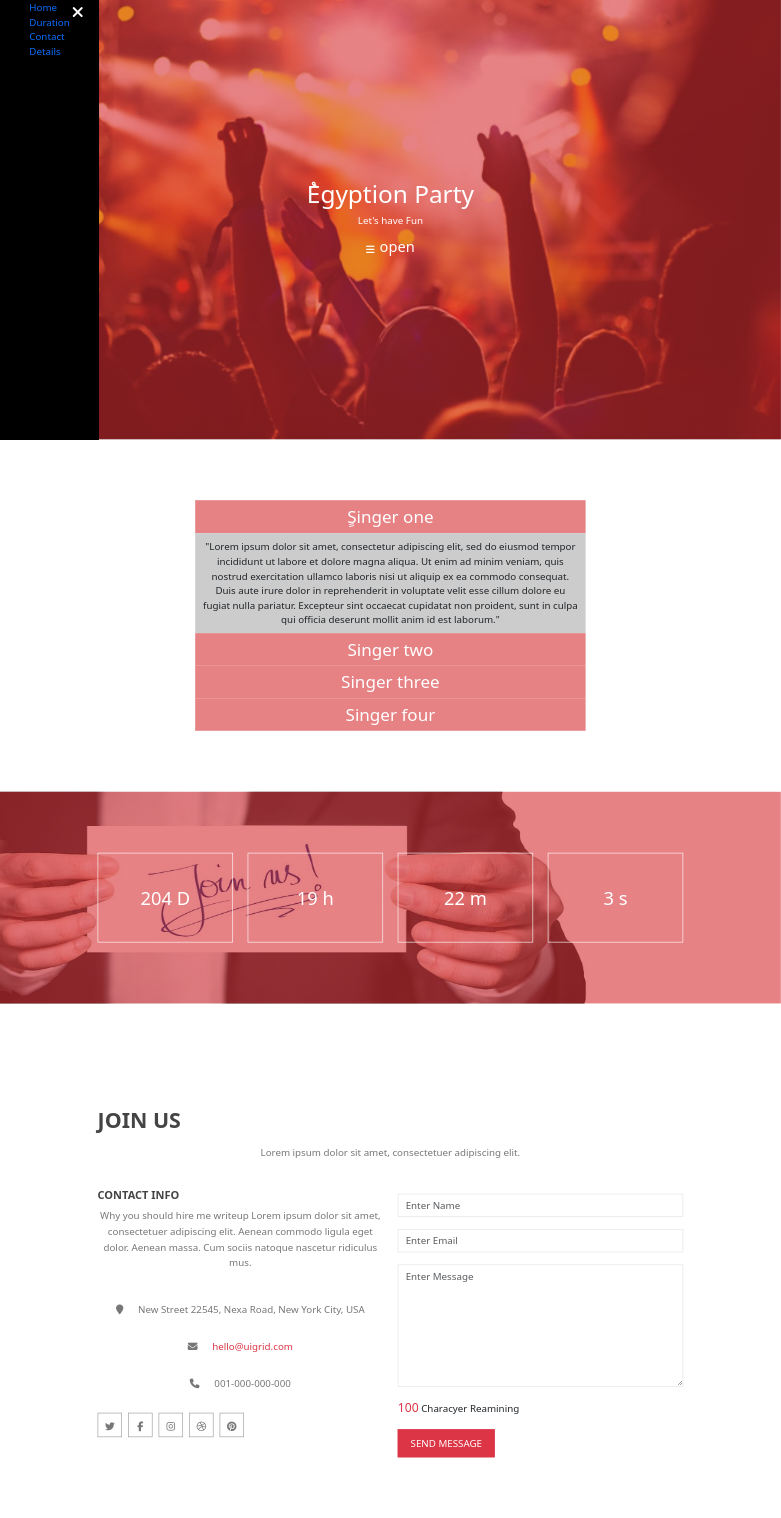
Repository: HagarYousry/jQuery
Page: index.html
An editor plug-in stored every save of this project. The page is shown before and after the next save, followed by the edit.
The browser window is 1280 px wide. The pictures show the whole page, at 61% of full size.

Above is the page before, as saved 2024-07-25 18:22:45.

### index.html
<!DOCTYPE html>
<html lang="en">

<head>
    <meta charset="UTF-8">
    <meta name="viewport" content="width=device-width, initial-scale=1.0">
    <title>Egyption party</title>
    <!-- web fonts  -->
    <link rel="stylesheet" href="css/all.min.css">
    <!-- bootstrap -->
    <link rel="stylesheet" href="css/bootstrap.min.css">
    <!-- main css -->
    <link rel="stylesheet" href="css/main.css">
</head>

<body>
    <div id="home">

            <div id="sideNav" class="sideNav bg-black">
                <ul class="list-unstyled px-5">
                    <li class="p-0 closeIcon">
                        <i class="fa-solid fa-xmark "></i>
                    </li>
                     <li ><a class="text-decoration-none sideNav-link" href="#home">Home</a></li>
                     <li ><a class="text-decoration-none sideNav-link" href="#Acordion">Duration</a></li>
                     <li ><a class="text-decoration-none sideNav-link" href="#contact">Contact</a></li>
                     <li ><a class="text-decoration-none sideNav-link" href="#count">Details</a></li>
                </ul>
            </div>

            <div class="home-title d-flex justify-content-center align-items-center flex-column vh-100 text-white">
                <h1>ُEgyption Party</h1>
                <p>Let's have Fun</p>
                <span class="d-flex align-items-center">
                    <i class=" fa-solid fa-bars"></i>
                    <h4 class="ms-2">open</h4>
                </span>
            </div>


    </div>










    <!-- ! start sideNav section -->
    <!-- <section id="sideNav">
        <div class="navAnchor bg-black">
            <ul>
                <li class="p-0 closeIcon">
                    <i class="fa-solid fa-xmark "></i>
                </li>
                 <li ><a class="sideNav-link" href="#home">Home</a></li>
                 <li ><a class="sideNav-link" href="#Acordion">Duration</a></li>
                 <li ><a class="sideNav-link" href="#contact">Contact</a></li>
                 <li ><a class="sideNav-link" href="#count">Details</a></li>
            </ul>
        </div>

        <div class="navIcon align-self-center bg-danger bg-opacity-50 m-1 text-white p-2">
            <div class="navIcon-content d-flex align-items-center">
                <i class="fa-solid fa-bars"></i>
                <h4 class="ms-2">open</h4>
            </div>
        </div>
    </section> -->
    <!--! end sideNav section -->

    <!--! start header section  -->
    <!-- <header id="home" class="d-flex justify-content-center align-items-center flex-column">
        <div class="home-content text-center text-white">
            <h1>ُEgyption Party</h1>
            <p>Let's have Fun</p>
        </div>
    </header> -->
    <!--! end header section  -->

    <!-- start Acordion section  -->
    <section id="Acordion" class="text-center">

        <div class="container-fluid w-50 ">
            <h3 class="toggle ">ٍSinger one</h3>
            <div class="inner first">"Lorem ipsum dolor sit amet, consectetur adipiscing elit, sed do eiusmod tempor
                incididunt ut labore et dolore magna aliqua. Ut enim ad minim veniam, quis nostrud exercitation ullamco
                laboris nisi ut aliquip ex ea commodo consequat. Duis aute irure dolor in reprehenderit in voluptate
                velit
                esse cillum dolore eu fugiat nulla pariatur. Excepteur sint occaecat cupidatat non proident, sunt in
                culpa
                qui officia deserunt mollit anim id est laborum."
            </div>


            <h3 class="toggle">Singer two</h3>
            <div class="inner">"Sed ut perspiciatis unde omnis iste natus error sit voluptatem accusantium doloremque
                laudantium, totam rem aperiam, eaque ipsa quae ab illo inventore veritatis et quasi architecto beatae
                vitae
                dicta sunt explicabo. Nemo enim ipsam voluptatem quia voluptas sit aspernatur aut odit aut fugit, sed
                quia
                consequuntur magni dolores eos qui ratione voluptatem sequi nesciunt. Neque porro quisquam est, qui
                dolorem
                ipsum quia dolor sit amet, consectetur, adipisci velit, sed quia non numquam eius modi tempora incidunt
                ut
                labore et dolore magnam aliquam quaerat voluptatem. Ut enim ad minima veniam, quis nostrum
                exercitationem
                ullam corporis suscipit laboriosam, nisi ut aliquid ex ea commodi consequatur? Quis autem vel eum iure
                reprehenderit qui in ea voluptate velit esse quam nihil molestiae consequatur, vel illum qui dolorem eum
                fugiat quo voluptas nulla pariatur?"
            </div>


            <h3 class="toggle">Singer three</h3>
            <div class="inner">"But I must explain to you how all this mistaken idea of denouncing pleasure and praising
                pain was born and I will give you a complete account of the system, and expound the actual teachings of
                the
                great explorer of the truth, the master-builder of human happiness. No one rejects, dislikes, or avoids
                pleasure itself, because it is pleasure, but because those who do not know how to pursue pleasure
                rationally
                encounter consequences that are extremely painful. Nor again is there anyone who loves or pursues or
                desires
                to obtain pain of itself, because it is pain, but because occasionally circumstances occur in which toil
                and
                pain can procure him some great pleasure. To take a trivial example, which of us ever undertakes
                laborious
                physical exercise, except to obtain some advantage from it? But who has any right to find fault with a
                man
                who chooses to enjoy a pleasure that has no annoying consequences, or one who avoids a pain that
                produces no
                resultant pleasure?"
            </div>


            <h3 class="toggle">Singer four</h3>
            <div class="inner">"At vero eos et accusamus et iusto odio dignissimos ducimus qui blanditiis praesentium
                voluptatum deleniti atque corrupti quos dolores et quas molestias excepturi sint occaecati cupiditate
                non
                provident, similique sunt in culpa qui officia deserunt mollitia animi, id est laborum et dolorum fuga.
                Et
                harum quidem rerum facilis est et expedita distinctio. Nam libero tempore, cum soluta nobis est eligendi
                optio cumque nihil impedit quo minus id quod maxime placeat facere possimus, omnis voluptas assumenda
                est,
                omnis dolor repellendus. Temporibus autem quibusdam et aut officiis debitis aut rerum necessitatibus
                saepe
                eveniet ut et voluptates repudiandae sint et molestiae non recusandae. Itaque earum rerum hic tenetur a
                sapiente delectus, ut aut reiciendis voluptatibus maiores alias consequatur aut perferendis doloribus
                asperiores repellat."

            </div>

        </div>
    </section>
    <!-- end Acordion section  -->

    <!-- start count section  -->
    <section id="count">
        <div class="container-fluid w-75 text-center text-white">
            <div class="row">
                <div class="col-md-3">
                    <div class="time">
                        <span class="days">00</span>
                    </div>
                </div>

                <div class="col-md-3">
                    <div class="time">
                        <span class="hours">00</span>
                    </div>
                </div>

                <div class="col-md-3">
                    <div class="time">
                        <span class="minutes">00</span>
                    </div>
                </div>

                <div class="col-md-3">
                    <div class="time">
                        <span class="seconds">00</span>
                    </div>
                </div>

            </div>
        </div>
    </section>
    <!-- end count section  -->

    <!-- start contact-us section  -->
    <section id="contact">
        <div class="container-fluid w-75">
            <div class="head">
                <h2 class="text-uppercase fw-bold">Join Us</h2>
                <p class="text-center">Lorem ipsum dolor sit amet, consectetuer adipiscing elit.</p>
            </div>
            <div class="row mt-5">
                <div class="col-md-6">
                    <div class="col-info">
                        <h3 class="text-uppercase">CONTACT INFO</h3>
                        <p class="text-center">Why you should hire me writeup Lorem ipsum dolor sit amet, consectetuer
                            adipiscing elit.
                            Aenean commodo ligula eget dolor. Aenean massa. Cum sociis natoque nascetur ridiculus mus.
                        </p>

                        <div class="icons text-center">
                            <p><i class="fa fa-map-marker"></i> New Street 22545, Nexa Road, New York City, USA</p>

                            <p class="text-danger"><i class="fa fa-envelope"></i> hello@uigrid.com</p>
                            <p><i class="fa fa-phone"></i> 001-000-000-000</p>
                        </div>

                        <div class="social d-flex align-items-center">

                            <i class="fab fa-twitter fa-fw"></i>
                            <i class="fab fa-facebook-f fa-fw"></i>
                            <i class="fab fa-instagram fa-fw"></i>
                            <i class="fab fa-dribbble fa-fw"></i>
                            <i class="fab fa-pinterest fa-fw"></i>

                        </div>
                    </div>
                </div>

                <div class="col-md-6">
                    <form>

                        <input class="form-control mt-2" type="text" placeholder="Enter Name">
                        <input class="form-control" type="email" placeholder="Enter Email">
                        <textarea class="form-control " placeholder="Enter Message"></textarea>
                        <span id="chars" class="text-danger">100</span> Characyer Reamining
                        <button class="btn btn-danger text-uppercase">Send Message</button>

                    </form>
                </div>
            </div>
        </div>
    </section>
    <!-- end contact-us section  -->


    <!-- jquery  -->
    <script src="js/jquery-3.7.1.min.js"></script>
    <!-- index js  -->
    <script src="js/index.js"></script>


</body>

</html>

### css/main.css
#home{
    height: 100vh;
    background-image: linear-gradient(rgba(214, 46, 51, 0.6), rgba(214, 46, 51, 0.6)),
        url(../imgs/events-heavenly-header.jpg);
    background-position: center;
    background-size: cover;
    background-repeat: no-repeat;
}

#sideNav {
    position: fixed;
    top: 0;
    bottom: 0;
    left: 0;
    display: flex;
    z-index: 9999;
}

#sideNav .navAnchor ul li {
    padding: 25px;
    list-style: none;
    cursor: pointer;
}

.closeIcon {
    position: absolute;
    top: 0;
    right: 25px;
    font-size: 26px;
    margin-left: 50px;
    color: white;
}




/* #sideNav {
    position: fixed;
    top: 0;
    bottom: 0;
    left: 0;
    display: flex;
    z-index: 9999;
}

#sideNav .navAnchor {
    padding: 40px 0 0 0;
    position: relative;
}

#sideNav .navAnchor ul {
    padding: 0 20px 0 20px;
}

#sideNav .navAnchor ul li {
    padding: 25px;
    list-style: none;
    cursor: pointer;
}

#sideNav .navAnchor ul li:hover a {
    color: rgba(214, 46, 51, 0.4);
}

#sideNav .navAnchor ul li a {
    text-decoration: none;
    font-size: 25px;
    color: white;
    transition: 0.3s all;
}


.closeIcon {
    position: absolute;
    top: 0;
    right: 25px;
    font-size: 26px;
    margin-left: 50px;
    color: white;
}

.navIcon {
    border-radius: 20px 20px;
}

.navIcon i,
.navIcon h4 {
    font-size: 30px;
    cursor: pointer;
}

@media (max-width: 991.98px) {
    .navIcon {
        align-self: flex-start !important;
    }

    .navIcon .navIcon-content {
        flex-direction: column;
    }
}


header {
    height: 100vh;
    background-image: linear-gradient(rgba(214, 46, 51, 0.6), rgba(214, 46, 51, 0.6)),
        url(../imgs/events-heavenly-header.jpg);
    background-position: center;
    background-size: cover;
    background-repeat: no-repeat;
}

header h1 {
    font-size: 60px;
} */



/* start Acordion section  */
#Acordion {
    padding: 100px auto;
}

.toggle {
    background-color: rgba(214, 46, 51, 0.6);
    cursor: pointer;
    color: white;
    padding: 10px;
    margin: 0px;
}

.inner {
    background-color: rgb(204, 204, 204);
    display: none;
    padding: 10px;
}

#Acordion .first {
    display: block;
}

/* end Acordion section  */

/* start count section  */

#count {
    background-image: linear-gradient(rgba(214, 46, 51, 0.6), rgba(214, 46, 51, 0.6)), url(../imgs/invitation-2508607__340.jpg);
    background-repeat: no-repeat;
    background-position: center center;
    background-size: 100% 100%;
    position: relative;
}

.container-fluid {
    padding: 100px 0px;
}

.time {
    padding: 50px;
    border: 1px solid #FFF;
    font-weight: 500;
    font-size: 30px;
}

/* end count section  */

/* start contact-us section  */
#contact {
    margin-top: 70px;
}

#contact .head h2 {
    font-size: 35px;
    color: #444;
    margin-bottom: 20px;
}

#contact .head p {
    color: #777;
    font-weight: 300;
    font-size: 16px;
}

#contact .col-md-6 .col-info .icons {
    margin-top: 50px;
}

#contact .col-md-6 .col-info .icons p {
    margin-bottom: 35px;
}

#contact .col-md-6 .col-info h3 {
    color: #444;
    font-size: 18px;
    font-weight: 900;
}

#contact .col-md-6 .col-info p {
    font-size: 16px;
    line-height: 26px;
    color: #777;
}

#contact i {
    margin-right: 20px;
    color: #777;
}

#contact .col-md-6 .col-info .social i {
    margin-right: 10px;
    border: 1px solid #999;
    width: 40px;
    height: 40px;
    line-height: 42px;
    cursor: pointer;
    text-align: center;
    transition: 0.5s all;
}

#contact .col-md-6 .col-info .social i:hover {
    color: #fff;
    background-color: #D62E33;
    border: 1px solid #D62E33;
}

#contact .col-md-6 form input,
#contact .col-md-6 form textarea {
    margin-bottom: 20px;
    border-radius: 0;
}

#contact .col-md-6 form textarea {
    height: 200px;
    resize: vertical;
}

#contact .col-md-6 form button {
    padding: 10px 20px;
    border-radius: 0;
    margin-top: 20px;
    display: block;
}

#contact .col-md-6 form #chars {
    font-size: 20px;
}
/* end contact-us section  */

### js/index.js
/// <reference types="../@types/jquery"/>

// start sideNav section

const navAnchorwidth = $('.navAnchor').outerWidth(true);

// console.log(navAnchorwidth);

//! first: Close sideNav
$('#sideNav')
    .animate({ left: -navAnchorwidth }, 0);

let isOpen = false

//! second: on click "navIcon" ,toggle open & close sideNav
$('#sideNav .navIcon')
    .on('click', function () {
        let status;
        // = isOpen ? -navAnchorwidth : 0;
        if (isOpen) {
            status = -navAnchorwidth
            $('.home-content').animate({ marginLeft: 0 }, 1000)
        } else {
            status = 0
            $('.home-content').animate({ marginLeft: navAnchorwidth }, 1000)
        }
        isOpen = !isOpen;

        $(this).parent()
            .animate({ left: status }, 1000)

    })

//! closeIcon
$('.closeIcon')
    .on('click', function () {
        isOpen = !isOpen;
        $('#sideNav')
            .animate({ left: -navAnchorwidth }, 1000);
        $('.home-content').animate({ marginLeft: 0 }, 1000)
    })


//! scroll to sections
$('.sideNav-link[href^="#"]')
    .on('click', function () {
        const sectionId = $(this).attr('href');
        // console.log(section);
        //! get section top
        const sectionTop = $(sectionId).offset().top;
        // console.log(top);
        $('html , body')
            .animate({ scrollTop: sectionTop }, 2000)
    })

// end sideNav section

// start Acordion section
//! slideToggle effect
$('#Acordion .toggle').on('click', function () {
    //! slide up all inner except the one i clicked on
    $('.inner').not($(this).next()).slideUp(500);
    //! slide toggle
    $(this).next().slideToggle(500);
});
// end Acordion section

//start count section
$(window).on('load', function () {
    countDownTime("24 january 2025 00:00:00");
})


function countDownTime(countTo) {

    //! get countTo date
    let futureDate = new Date(countTo);
    futureDate = (futureDate.getTime() / 1000);
    // console.log(futureDate);

    //! get current date
    let now = new Date();
    // console.log(now);
    now = (now.getTime() / 1000);

    //! get the difference between current date and countTo date by sec
    timeDifference = (futureDate - now);

    //?(24 * 60 * 60) ==> num. of sec in day ==> 86400
    let days = Math.floor(timeDifference / 86400);
    let hours = Math.floor((timeDifference - (days * 86400)) / 3600);
    let mins = Math.floor((timeDifference - (days * 86400) - (hours * 3600)) / 60);
    let secs = Math.floor((timeDifference - (days * 86400) - (hours * 3600) - (mins * 60)))


    $(".days").html(`${days} D`);
    $(".hours").html(`${hours} h`);
    $(".minutes").html(`${mins} m`);
    $('.seconds').html(`${secs} s`)

    //! Repeating the Countdown Every Second
    setInterval(function () {
        countDownTime(countTo);
    }, 1000);
}
//end count section

//start contact-us section
let maxLength = 100;
$('textarea').on('keyup', function () {
    //! val as getter ==> lenght
    let length = $(this).val().length;
    // console.log(length);
    let AmountLeft = maxLength - length;
    console.log(AmountLeft);
    if (AmountLeft <= 0) {
        $("#chars").text("your available characters finished");
    }
    else {
        $("#chars").text(AmountLeft);
    }
});
//end contact-us section

Loaded but not shown: css/all.min.css (library); css/bootstrap.min.css (library); js/jquery-3.7.1.min.js (library)

After the next save:
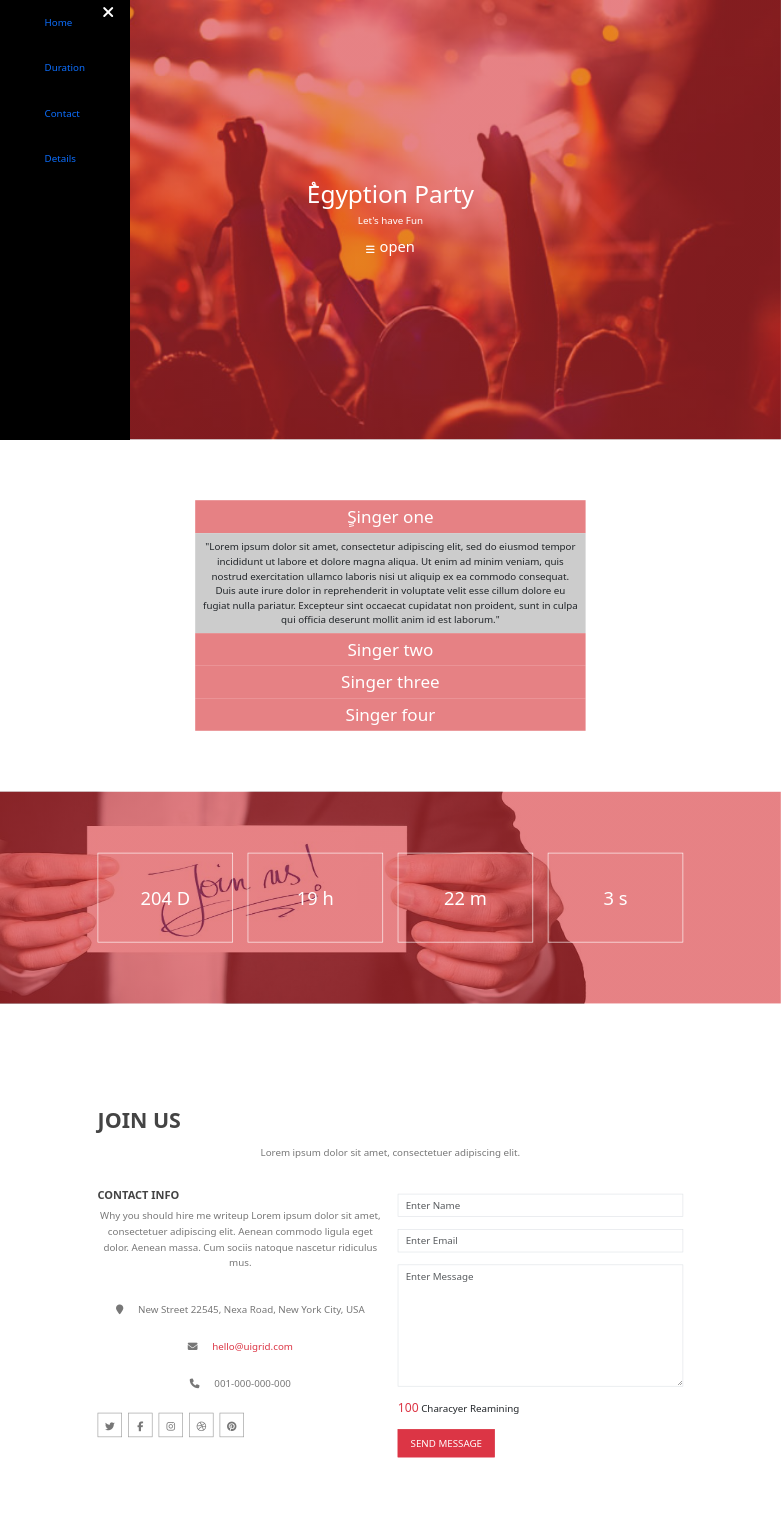
Saved 5 s later.
--- a/css/main.css
+++ b/css/main.css
@@ -16,7 +16,7 @@
     z-index: 9999;
 }
 
-#sideNav .navAnchor ul li {
+#sideNav ul li {
     padding: 25px;
     list-style: none;
     cursor: pointer;
